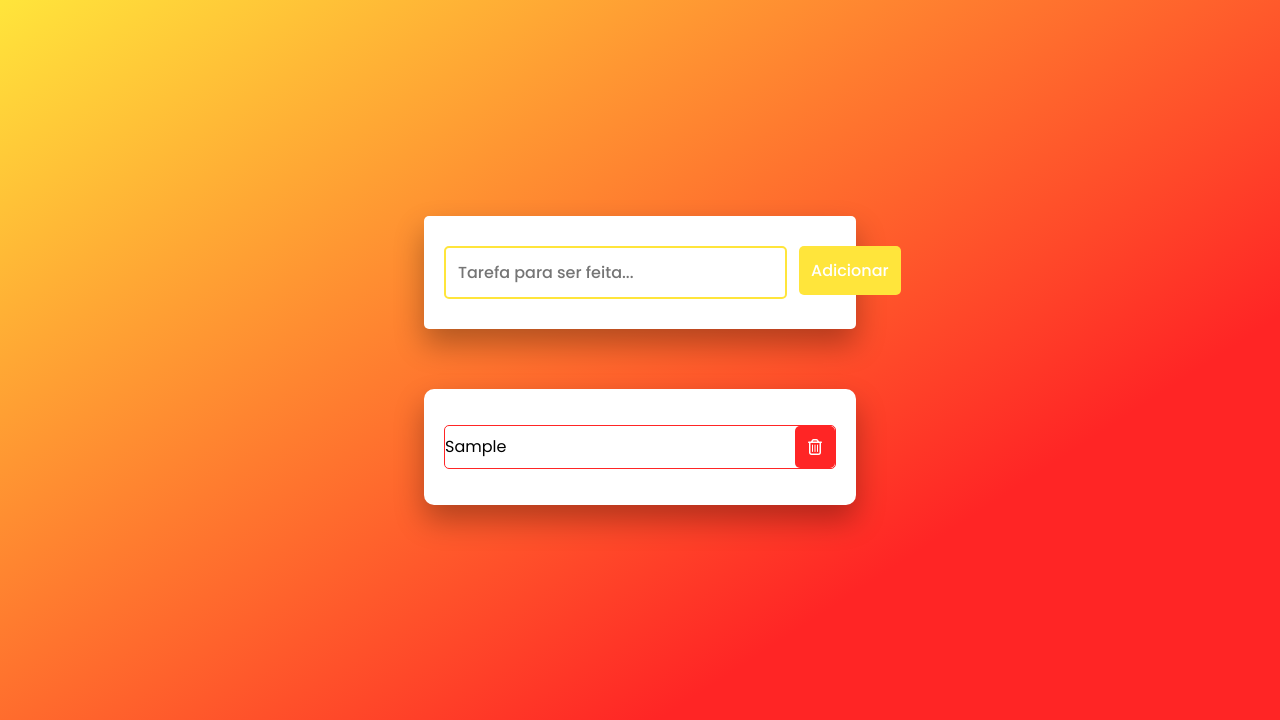
Repository: PetersonAntonyDev/python-flask-
Page: index.html
The author's editor kept a copy of each file at every save. The page is drawn from the files as they stood at one save, then again after the next save.
The browser window is 1280 px wide. The pictures show the whole page.
Empty fields were first filled with sample values (such as "Sample", 5 or name@example.com).
After loading, the first visible `button.new-task-button` was clicked once.
Some web libraries are served in a nearby version.

Above is the page before, as saved 2022-07-26 14:05:19.

After the next save:
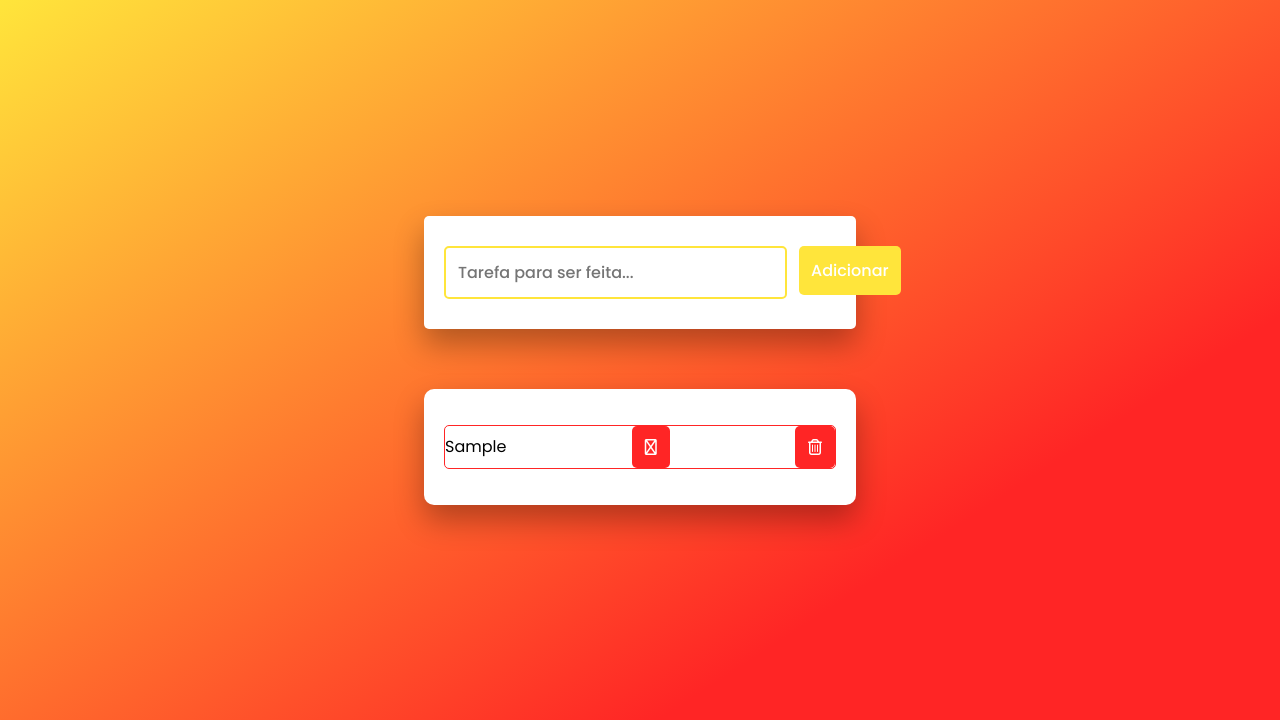
Saved 25 s later.
--- a/script.js
+++ b/script.js
@@ -39,6 +39,7 @@ const handleAddTask = () => {
     );
 
     taskItemContainer.appendChild(taskContent);
+    taskItemContainer.appendChild(RefreshItem);
     taskItemContainer.appendChild(deleteItem);
 
     tasksContainer.appendChild(taskItemContainer);
